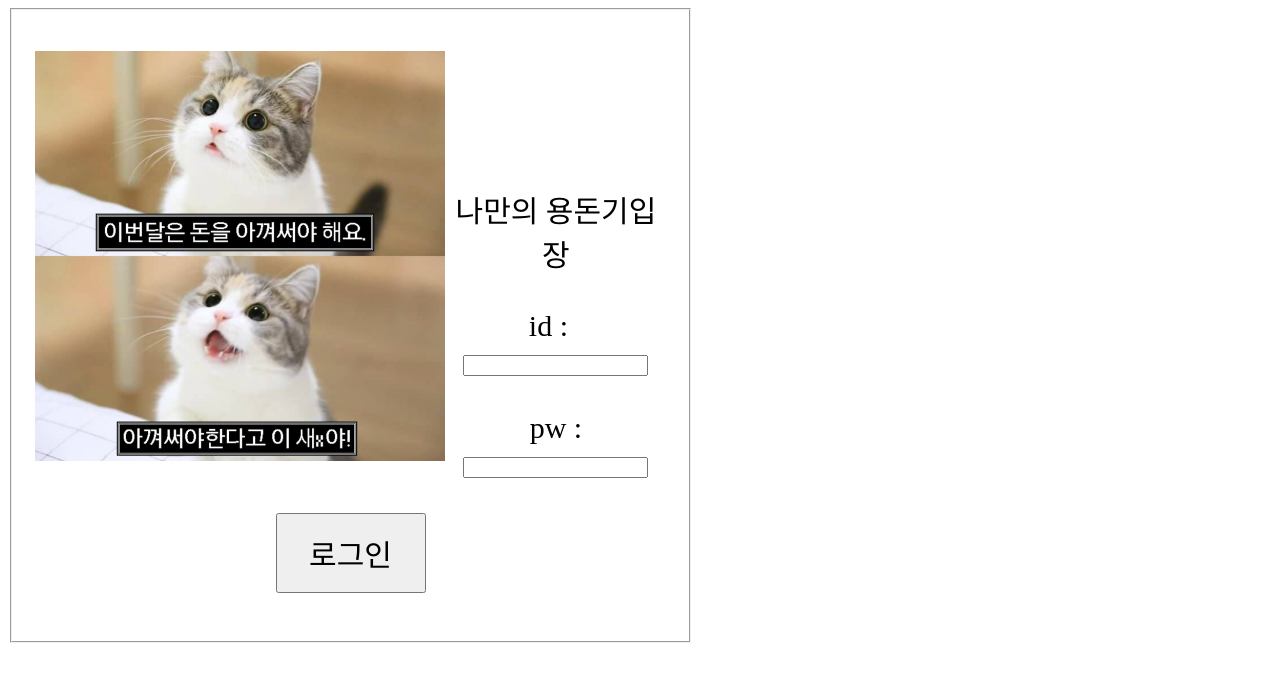
Repository: hus0124/M-IT
Page: JSP_Workspaces/pocketMoneyDiary/WebContent/index.html
An editor plug-in stored every save of this project. The page is shown before and after the next save, followed by the edit.
The browser window is 1280 px wide. The pictures show the whole page.

Above is the page before, as saved 2020-01-02 05:45:00.

### JSP_Workspaces/pocketMoneyDiary/WebContent/index.html
<!DOCTYPE html>
<html>
<head>
<meta charset="EUC-KR">
<title>수정중</title>
<style>
body {font-size:30px}
</style>
</head>
<body>
	<fieldset style="width:50%; height:auto; text-align:center">
	<form action="result.jsp" method="get">
		<p>
		<img src="catmoney.png" style="width:65%; height:auto; float:left">
		<br><br><br><br>나만의 용돈기입장<br><br>
		id :&nbsp;&nbsp;<input type="text" name = "id"><br><br>
		pw : <input type="text" name = "pw"><br><br>
		<input type="submit" value = "로그인" style="width:150px;height:80px;font-size:30px;">
		</p>
	</form>
	</fieldset>
</body>
</html>

After the next save:
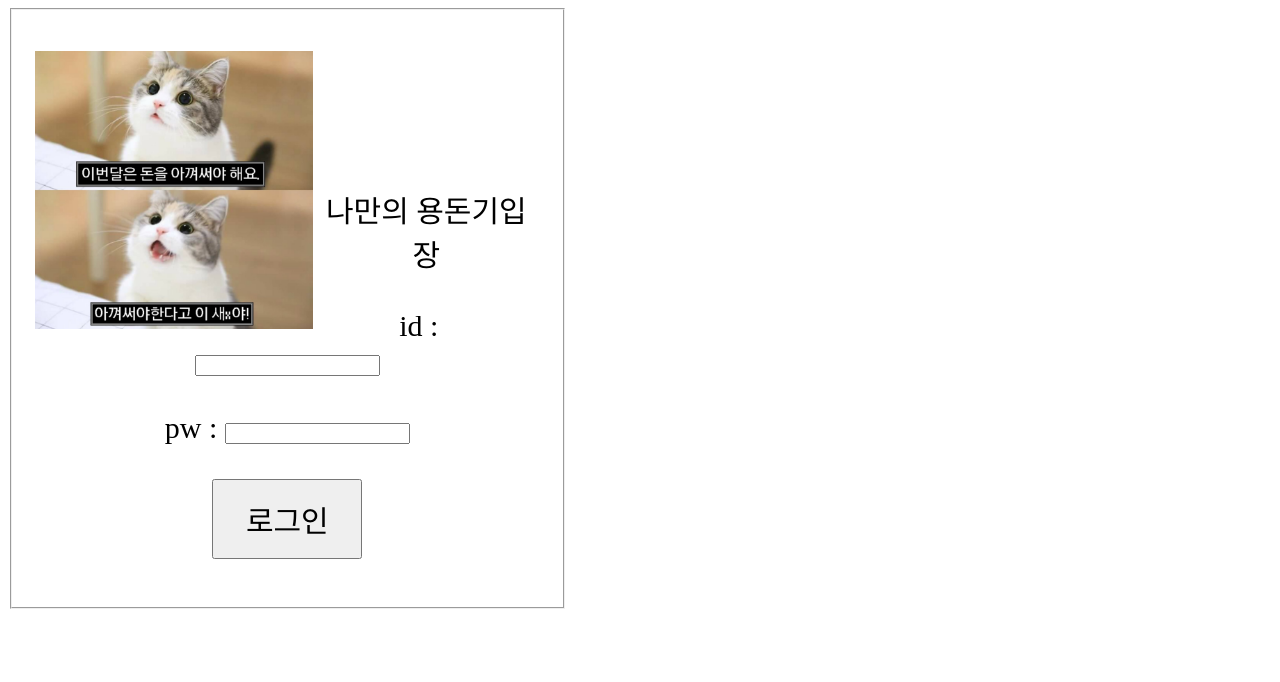
Saved 98 s later.
--- a/JSP_Workspaces/pocketMoneyDiary/WebContent/index.html
+++ b/JSP_Workspaces/pocketMoneyDiary/WebContent/index.html
@@ -8,10 +8,10 @@ body {font-size:30px}
 </style>
 </head>
 <body>
-	<fieldset style="width:50%; height:auto; text-align:center">
+	<fieldset style="width:40%; height:auto; text-align:center">
 	<form action="result.jsp" method="get">
 		<p>
-		<img src="catmoney.png" style="width:65%; height:auto; float:left">
+		<img src="catmoney.png" style="width:55%; height:auto; float:left">
 		<br><br><br><br>나만의 용돈기입장<br><br>
 		id :&nbsp;&nbsp;<input type="text" name = "id"><br><br>
 		pw : <input type="text" name = "pw"><br><br>
